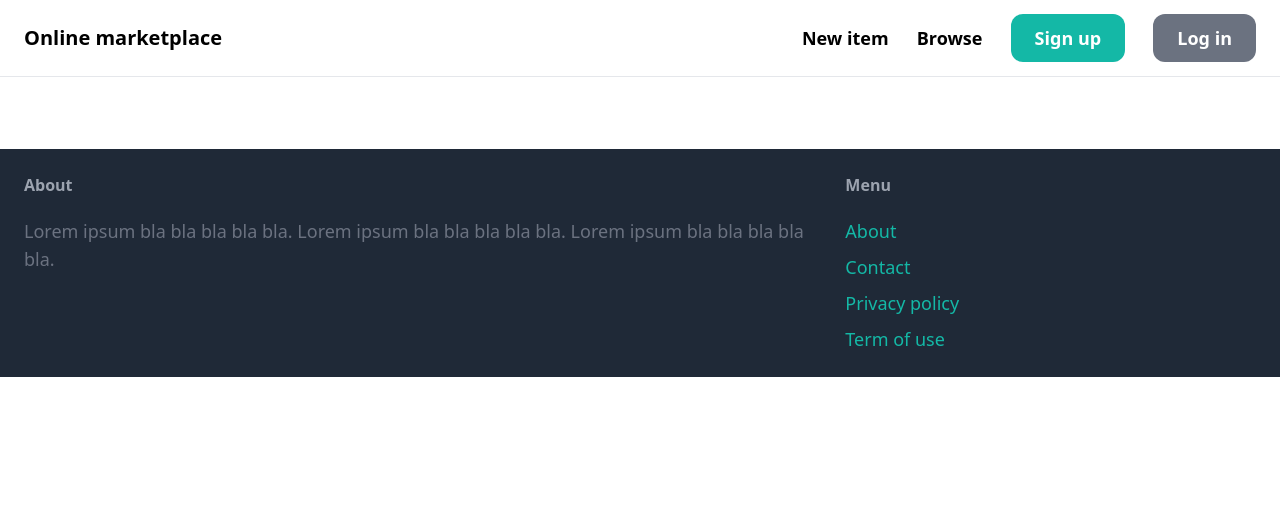
Repository: Anamikatiwari/Online_Market_Place
Page: http://localhost/
The author's editor kept a copy of each file at every save. The page is drawn from the files as they stood at one save, then again after a run of saves.
The browser window is 1280 px wide. The pictures show the whole page.
Some web libraries are served in a nearby version. The page is served by the project's application, run on Django 5.2 (manage.py).

Above is the page before, as saved 2024-09-05 12:31:39.

After the next 3 saves:
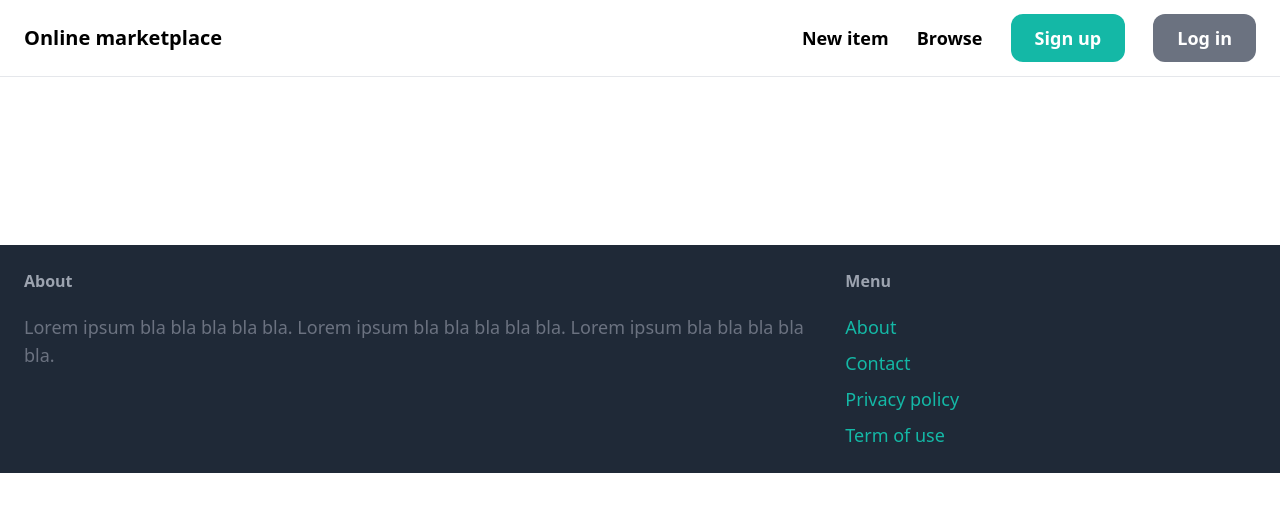
The 3 saves are shown as one change because they came seconds apart.
The last was saved 8 s later.
--- a/core/templates/core/index.html
+++ b/core/templates/core/index.html
@@ -3,5 +3,5 @@
 {% block title %}Welcome{% endblock title %}
 
 {% block content %}
-    <div class="mt-6"></div>
+    <div class="mt-6 px-6 py-12"></div>
 {% endblock content %}
